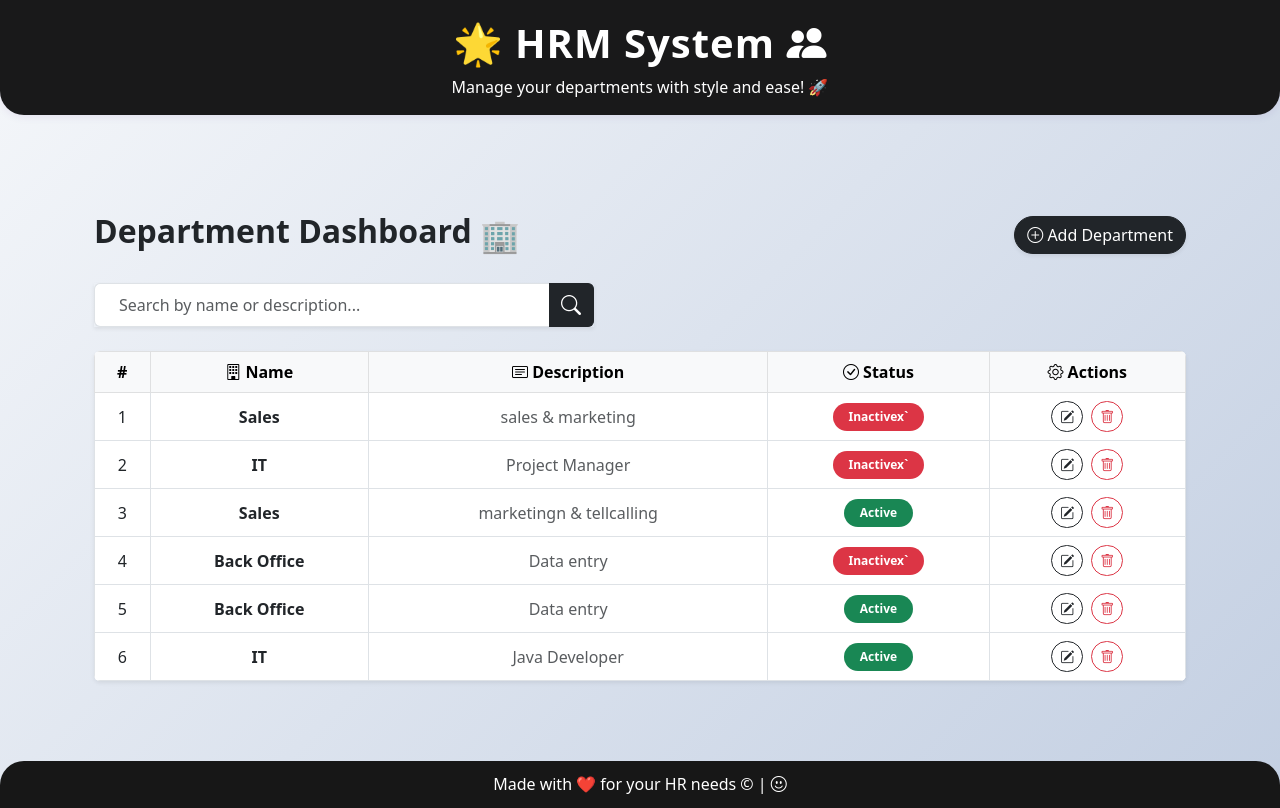
Repository: rtrupti09/HRMS
Page: http://localhost/departments/
An editor plug-in stored every save of this project. The page is shown before and after the next save, followed by the edit.
The browser window is 1280 px wide. The pictures show the whole page.
The page is served by the project's application, run on Django 5.2 (hrm_system/manage.py). The first stored user is signed in. The page reads the database file committed with the project.

Above is the page before, as saved 2025-06-22 15:54:10.

After the next save:
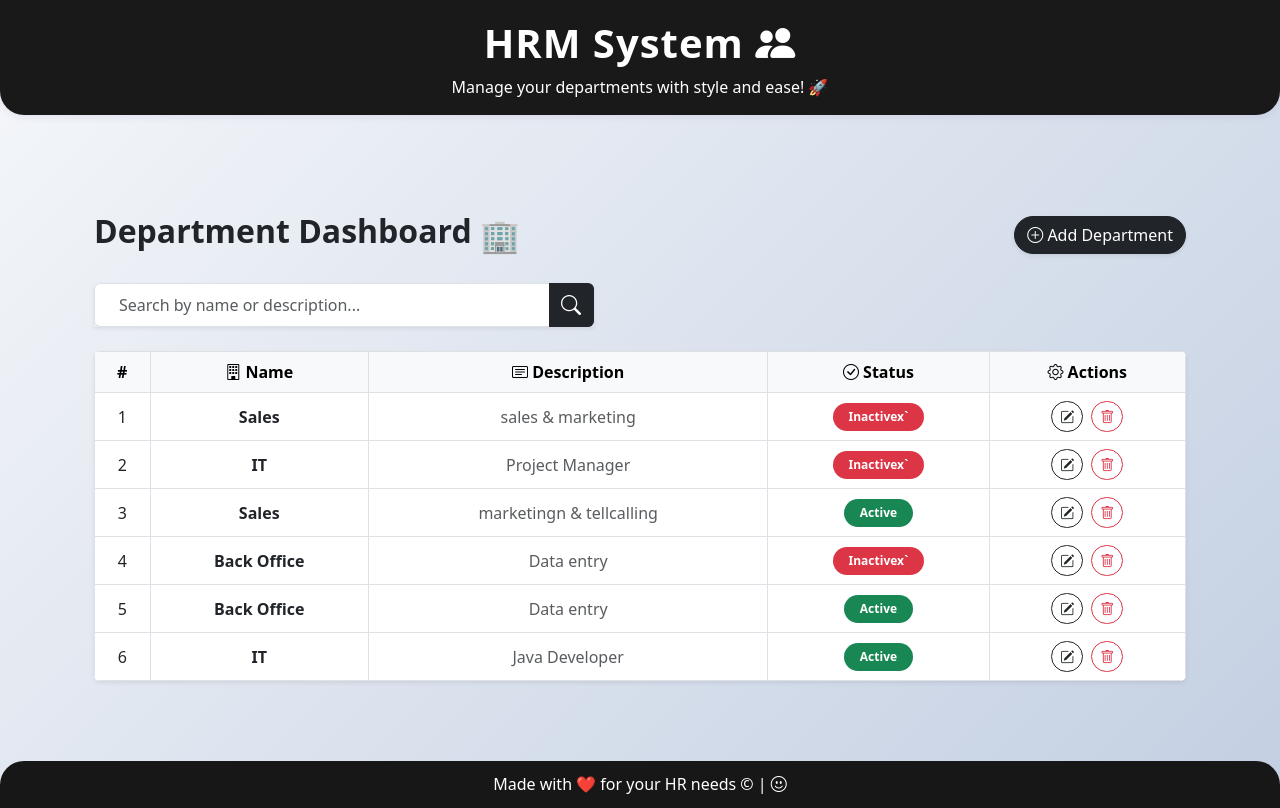
Saved 23 s later.
--- a/hrm_system/templates/base.html
+++ b/hrm_system/templates/base.html
@@ -34,7 +34,7 @@
 </head>
 <body>
     <div class="hrm-header text-center">
-        <h1 style="font-weight:bold; letter-spacing:1px;">🌟 HRM System <i class="bi bi-people-fill"></i></h1>
+        <h1 style="font-weight:bold; letter-spacing:1px;">HRM System <i class="bi bi-people-fill"></i></h1>
         <p class="mb-0">Manage your departments with style and ease! 🚀</p>
     </div>
     <div class="container pt-3">
